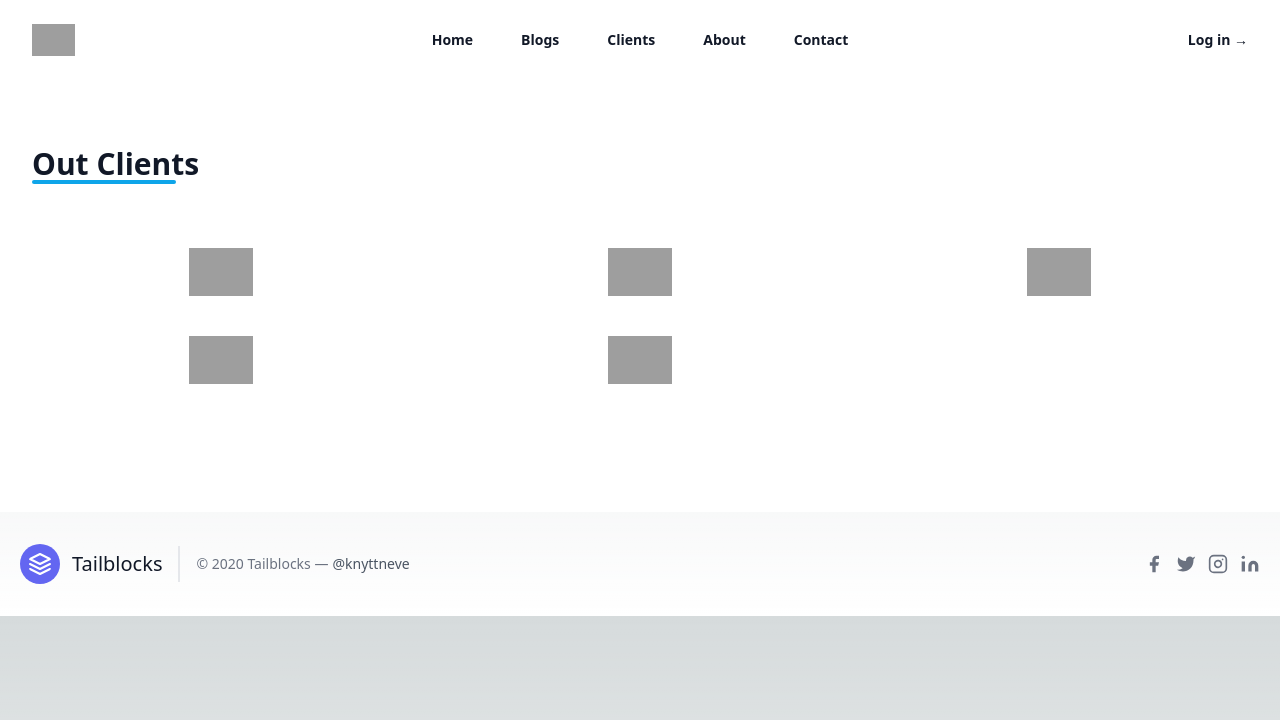
Repository: prashant523580/showcase
Page: /clients
These files come from the project's save history. The page is drawn as it stood at one moment and after the next save; the edit follows.
The browser window is 1280 px wide. The pictures show the whole page.
Pictures or frames that could not be fetched are drawn as grey boxes. The project was rebuilt for these pictures with package versions that can differ from the ones it lists, and the page was loaded fresh each time. The framework's server and built-in components were replaced by stand-ins that run in the browser. Also part of the build but not shown: next.config.js.

Above is the page before, as saved 2023-03-25 14:52:57.

After the next save:
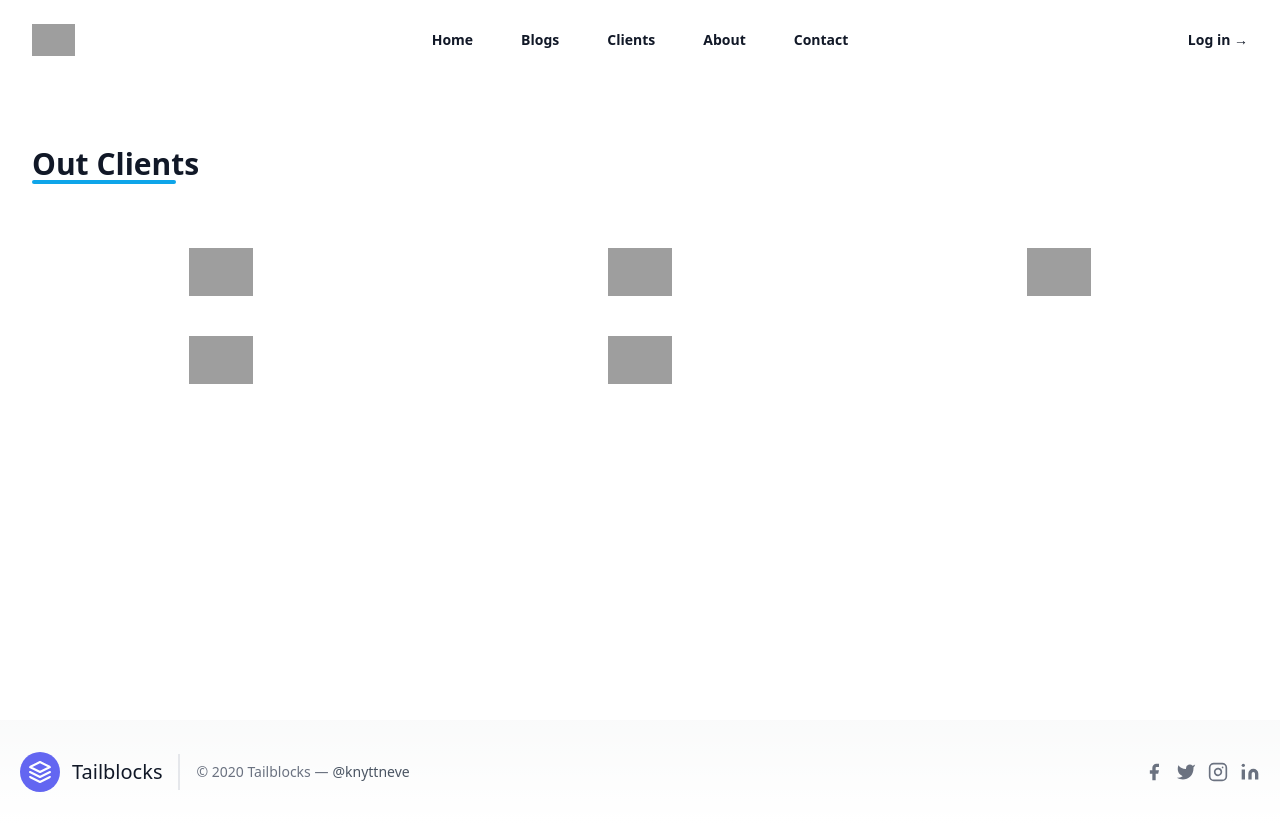
Saved 5 min 33 s later.
--- a/src/pages/clients.tsx
+++ b/src/pages/clients.tsx
@@ -1,6 +1,6 @@
 export default function Clients() {
     return (
-      <div className="bg-white py-24 sm:py-32">
+      <div className="bg-white py-24 sm:py-32 h-[100vh]">
         <div className="mx-auto max-w-7xl px-6 lg:px-8">
           <h2 className="mt-5 text-3xl capitalize font-bold leading-8 text-gray-900">
            out clients
